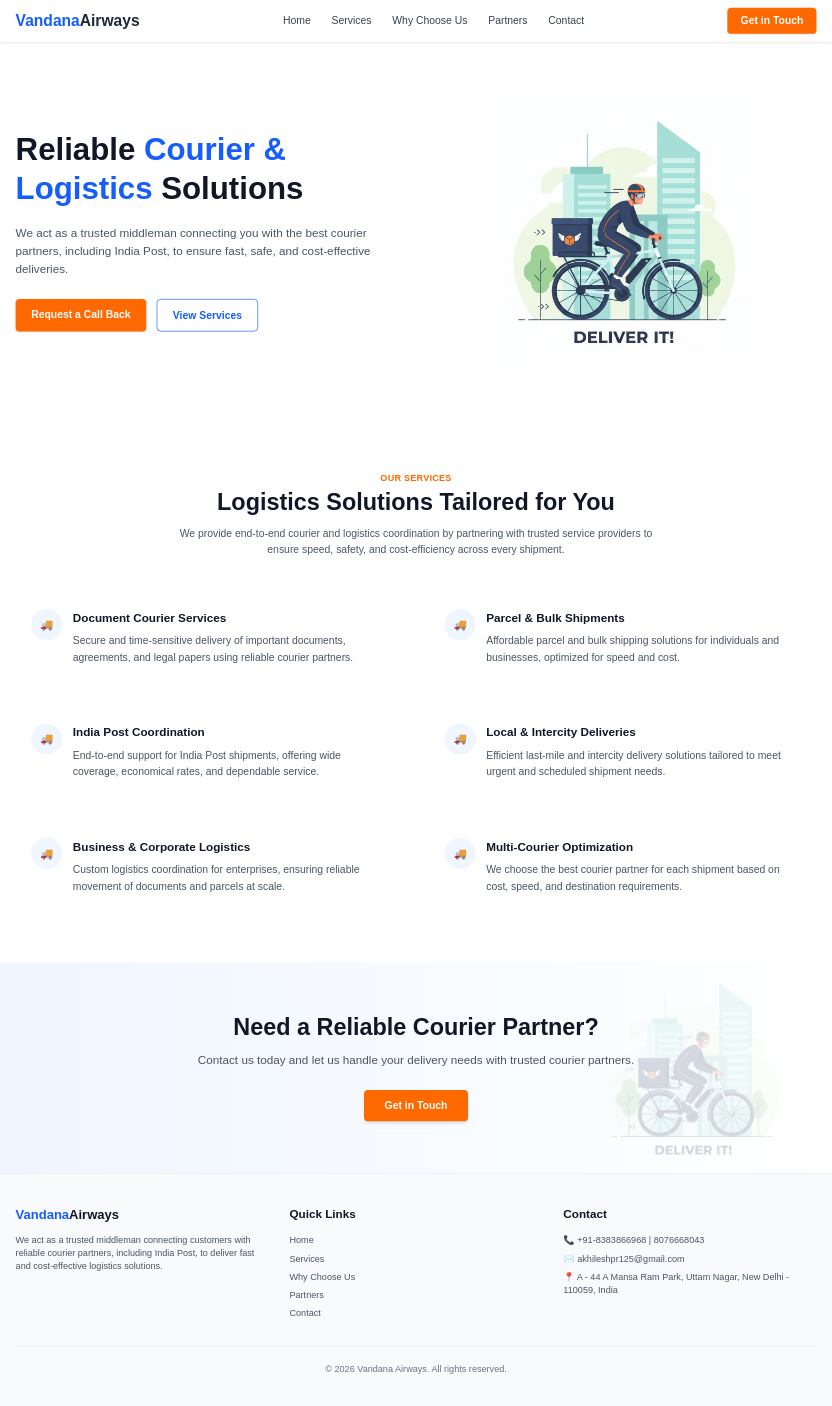
Repository: Rohit-foryou/Courier-Portfolio
Page: /
An editor plug-in stored every save of this project. The page is shown before and after the next save, followed by the edit.
The browser window is 1280 px wide. The pictures show the whole page, at 65% of full size.
The project was rebuilt for these pictures with package versions that can differ from the ones it lists, and the page was loaded fresh each time. The framework's server and built-in components were replaced by stand-ins that run in the browser. Also part of the build but not shown: next.config.ts.

Above is the page before, as saved 2026-02-09 22:38:06.

### app/layout.tsx
import "./globals.css";
import Navbar from "../components/Navbar";
import Footer from "../components/Fotter";

export const metadata = {
  title: "Courier Portfolio",
  description: "Courier & logistics service portfolio website",
};

export default function RootLayout({
  children,
}: {
  children: React.ReactNode;
}) {
  return (
    <html lang="en">
      <body>
        <Navbar />
        <main className="min-h-screen">{children}</main>
        <Footer />
      </body>
    </html>
  );
}

### app/page.tsx
import HeroSection from "../components/HeroSection";
import ServicesOverview from "../components/ServiceOverview";
import CTASection from "../components/CTASection";

export default function HomePage() {
  return (
    <>
      <HeroSection />
      <ServicesOverview />
      <CTASection />
    </>
  );
}

### components/Navbar.tsx
import Link from "next/link";

export default function Navbar() {
  return (
<nav className="w-full bg-white border-b border-gray-100 sticky top-0 z-50 shadow-sm">
      <div className="max-w-7xl mx-auto px-6">
        <div className="flex items-center justify-between h-16">

          {/* Logo */}
          <div className="flex items-center">
            <span className="text-2xl font-bold text-blue-600">
              Vandana<span className="text-gray-800">Airways</span>
            </span>
          </div>

          {/* Navigation Links */}
          <div className="hidden md:flex items-center space-x-8 text-gray-700 font-medium">
            <Link href="/"   className="relative hover:text-blue-600 transition after:absolute after:left-0 after:-bottom-1 after:w-0 after:h-[2px] after:bg-orange-500 hover:after:w-full after:transition-all"
>
              Home
            </Link>
            <Link href="/services"  className="relative hover:text-blue-600 transition after:absolute after:left-0 after:-bottom-1 after:w-0 after:h-[2px] after:bg-orange-500 hover:after:w-full after:transition-all"
>
              Services
            </Link>
            <Link href="/why-choose-us"   className="relative hover:text-blue-600 transition after:absolute after:left-0 after:-bottom-1 after:w-0 after:h-[2px] after:bg-orange-500 hover:after:w-full after:transition-all"
>
              Why Choose Us
            </Link>
            <Link href="/partners"   className="relative hover:text-blue-600 transition after:absolute after:left-0 after:-bottom-1 after:w-0 after:h-[2px] after:bg-orange-500 hover:after:w-full after:transition-all"
>
              Partners
            </Link>
            <Link href="/contact"   className="relative hover:text-blue-600 transition after:absolute after:left-0 after:-bottom-1 after:w-0 after:h-[2px] after:bg-orange-500 hover:after:w-full after:transition-all"
>
              Contact
            </Link>
          </div>

          {/* CTA Button */}
          <div className="flex items-center">
            <Link
              href="/contact"
              className="bg-orange-500 text-white px-5 py-2 rounded-md font-semibold hover:bg-orange-600 transition shadow-sm"
            >
              Get in Touch
            </Link>
          </div>
        </div>
      </div>
    </nav>
  );
}

### components/Fotter.tsx
import Link from "next/link";

export default function Footer() {
  return (
    <footer className="bg-gray-50 border-t border-gray-200">
      <div className="max-w-7xl mx-auto px-6 py-12">
        <div className="grid grid-cols-1 md:grid-cols-3 gap-8">
          {/* Brand / About */}
          <div>
            <h3 className="text-xl font-bold text-blue-600">
  Vandana<span className="text-gray-900">Airways</span>
</h3>

            <p className="mt-4 text-gray-600 text-sm">
              We act as a trusted middleman connecting customers with reliable
              courier partners, including India Post, to deliver fast and
              cost-effective logistics solutions.
            </p>
          </div>

          {/* Quick Links */}
          <div>
            <h4 className="text-lg font-semibold text-gray-900 mb-4">
Quick Links</h4>
            <ul className="mt-4 space-y-2 text-sm">
              <li>
                <Link
                  href="/"
                  className="text-gray-600 hover:text-blue-600 transition"
                >
                  Home
                </Link>
              </li>
              <li>
                <Link
                  href="/services"
                  className="text-gray-600 hover:text-blue-600 transition"
                >
                  Services
                </Link>
              </li>
              <li>
                <Link
                  href="/why-choose-us"
                  className="text-gray-600 hover:text-blue-600 transition"
                >
                  Why Choose Us
                </Link>
              </li>
              <li>
                <Link
                  href="/partners"
                  className="text-gray-600 hover:text-blue-600 transition"
                >
                  Partners
                </Link>
              </li>
              <li>
                <Link
                  href="/contact"
                  className="text-gray-600 hover:text-blue-600 transition"
                >
                  Contact
                </Link>
              </li>
            </ul>
          </div>

          {/* Contact Info */}
          <div>
            <h4 className="text-lg font-semibold text-gray-900">Contact</h4>
            <ul className="mt-4 space-y-2 text-gray-600 text-sm">
              <li>📞 +91-8383866968 | 8076668043</li>
              <li>✉️ akhileshpr125@gmail.com</li>
              <li>
                📍 A - 44 A Mansa Ram Park, Uttam Nagar, New Delhi - 110059, India
              </li>
            </ul>
          </div>
        </div>

        {/* Bottom Bar */}
        <div className="mt-10 border-t border-gray-200 pt-6 text-center text-sm text-gray-500">
          © {new Date().getFullYear()} Vandana Airways. All rights reserved.
        </div>
      </div>
    </footer>
  );
}

### components/HeroSection.tsx
import Link from "next/link";
import Image from "next/image";

export default function HeroSection() {
  return (
    <section className="bg-white">
      <div className="max-w-7xl mx-auto px-6 py-20 grid grid-cols-1 md:grid-cols-2 gap-12 items-center">
        {/* Left Content */}
        <div>
          <h1 className="text-4xl md:text-5xl font-bold text-gray-900 leading-tight">
            Reliable <span className="text-blue-600">Courier & Logistics</span>{" "}
            Solutions
          </h1>

          <p className="mt-6 text-lg text-gray-600">
            We act as a trusted middleman connecting you with the best courier
            partners, including India Post, to ensure fast, safe, and
            cost-effective deliveries.
          </p>

          {/* CTA Buttons */}
          <div className="mt-8 flex flex-wrap gap-4">
            <Link
              href="/contact"
              className="bg-orange-500 text-white px-6 py-3 rounded-md font-semibold hover:bg-orange-600 transition shadow-sm"
            >
              Request a Call Back
            </Link>

            <Link
              href="/services"
              className="border border-blue-600 text-blue-600 px-6 py-3 rounded-md font-semibold hover:bg-blue-50 transition"
            >
              View Services
            </Link>
          </div>
        </div>

        {/* Right Visual */}
        <div className="flex justify-center">
          <Image
            src="/images/courier-illustration.png"
            alt="Courier and logistics illustration"
            width={420}
            height={320}
            className="object-contain"
            priority
          />
        </div>
      </div>
    </section>
  );
}

### components/ServiceOverview.tsx
import ServiceCard from "./ServiceCard";

export default function ServiceOverview() {
  return (
    <section className="bg-white py-20">
      <div className="max-w-7xl mx-auto px-6">
        {/* Section Header */}
        <div className="text-center max-w-3xl mx-auto">
          <p className="text-sm font-semibold text-orange-500 uppercase tracking-wide">
            Our Services
          </p>
          <h2 className="mt-2 text-3xl md:text-4xl font-bold text-gray-900">
            Logistics Solutions Tailored for You
          </h2>
          <p className="mt-4 text-gray-600">
            We provide end-to-end courier and logistics coordination by
            partnering with trusted service providers to ensure speed, safety,
            and cost-efficiency across every shipment.
          </p>
        </div>

        {/* Services Grid */}
        <div className="mt-14 grid grid-cols-1 md:grid-cols-2 gap-10">
          <ServiceCard
            title="Document Courier Services"
            description="Secure and time-sensitive delivery of important documents, agreements, and legal papers using reliable courier partners."
          />
          <ServiceCard
            title="Parcel & Bulk Shipments"
            description="Affordable parcel and bulk shipping solutions for individuals and businesses, optimized for speed and cost."
          />
          <ServiceCard
            title="India Post Coordination"
            description="End-to-end support for India Post shipments, offering wide coverage, economical rates, and dependable service."
          />
          <ServiceCard
            title="Local & Intercity Deliveries"
            description="Efficient last-mile and intercity delivery solutions tailored to meet urgent and scheduled shipment needs."
          />
          <ServiceCard
            title="Business & Corporate
            Logistics"
            description="Custom logistics coordination for enterprises, ensuring reliable movement of documents and parcels at scale."
          />
          <ServiceCard
            title="Multi-Courier Optimization"
            description="We choose the best courier partner for each shipment based on cost, speed, and destination requirements."
          />
        </div>
      </div>
    </section>
  );
}

### components/CTASection.tsx
import Link from "next/link";
import Image from "next/image";

export default function CTASection() {
  return (
    <section className="relative overflow-hidden bg-gradient-to-r from-blue-50 to-white py-20">

      {/* Background Image (subtle, like Trackon) */}
      <div className="absolute right-0 top-0 h-full w-1/3 opacity-20 hidden md:block">
        <Image
          src="/images/courier-illustration.png"
          alt="Courier illustration"
          fill
          className="object-contain"
        />
      </div>

      {/* Content */}
      <div className="relative max-w-4xl mx-auto text-center px-6">
        <h2 className="text-3xl md:text-4xl font-bold text-gray-900">
          Need a Reliable Courier Partner?
        </h2>

        <p className="mt-4 text-gray-600 text-lg">
          Contact us today and let us handle your delivery needs with trusted
          courier partners.
        </p>

        <Link
          href="/contact"
          className="inline-block mt-8 bg-orange-500 hover:bg-orange-600 text-white px-8 py-3 rounded-md font-semibold transition shadow-md"
        >
          Get in Touch
        </Link>
      </div>
    </section>
  );
}

### components/ServiceCard.tsx
import { ArrowRight } from "lucide-react";

type ServiceCardProps = {
  title: string;
  description: string;
};

export default function ServiceCard({ title, description }: ServiceCardProps) {
  return (
    <div className="group flex gap-4 p-6 bg-white hover:bg-gray-50 transition rounded-lg">

      {/* Icon */}
      <div className="flex-shrink-0">
        <div className="w-12 h-12 rounded-full bg-blue-50 flex items-center justify-center text-blue-600">
          🚚
        </div>
      </div>

      {/* Content */}
      <div>
        <h3 className="text-lg font-semibold text-gray-900 group-hover:text-blue-600 transition">
          {title}
        </h3>

        <p className="mt-2 text-gray-600 leading-relaxed">
          {description}
        </p>
      </div>
    </div>
  );
}

Loaded but not shown: app/globals.css (common file)

After the next save:
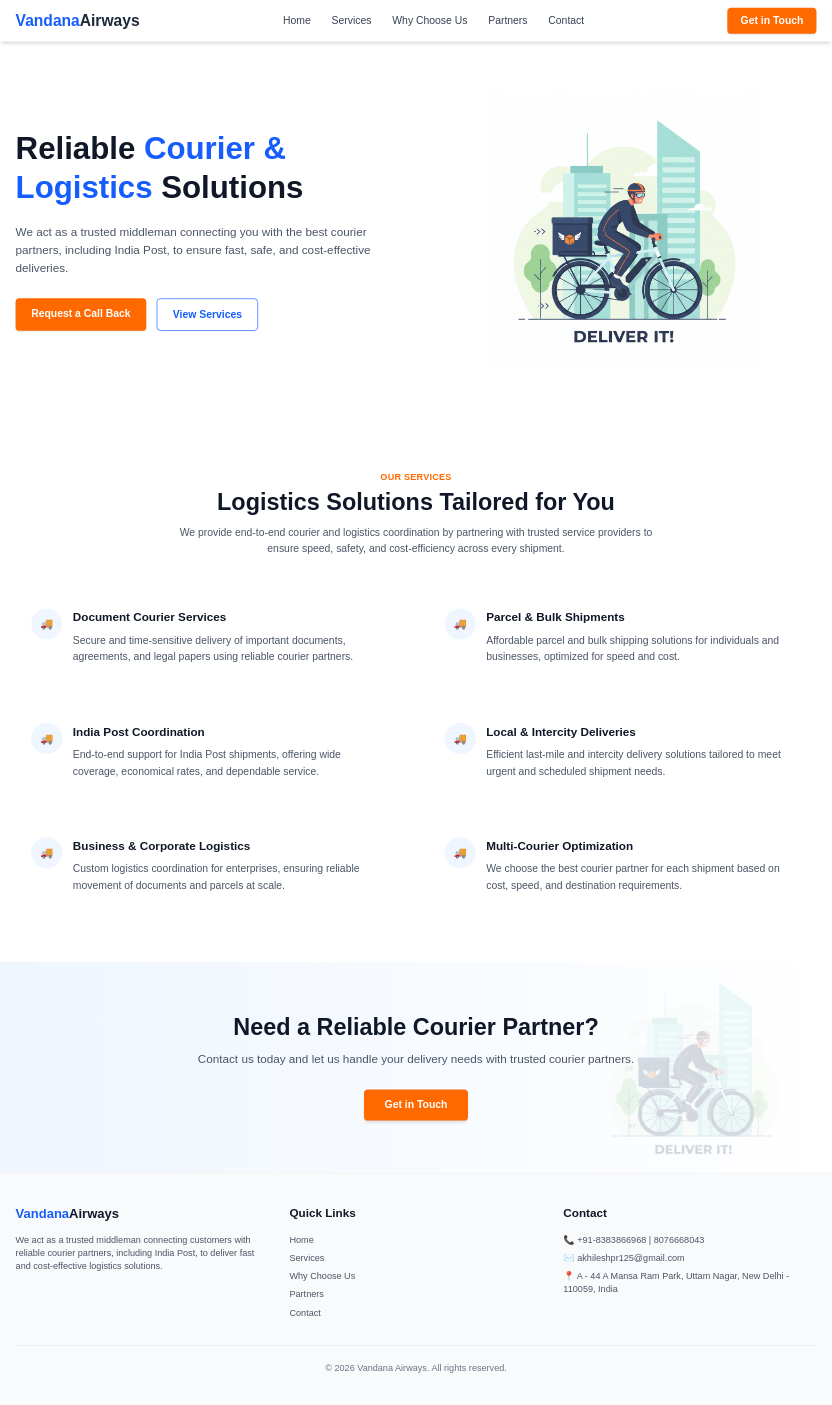
Saved 2 min 0 s later.
--- a/components/Navbar.tsx
+++ b/components/Navbar.tsx
@@ -2,7 +2,7 @@
 
 export default function Navbar() {
   return (
-<nav className="w-full bg-white border-b border-gray-100 sticky top-0 z-50 shadow-sm">
+<nav className="w-full bg-white sticky top-0 z-50 shadow-md">
       <div className="max-w-7xl mx-auto px-6">
         <div className="flex items-center justify-between h-16">
 
